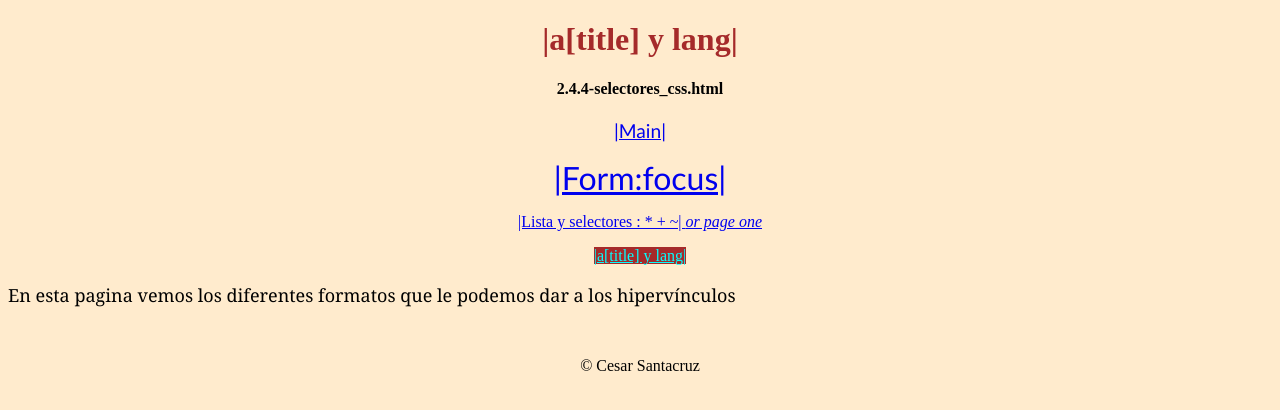
Repository: cesarsant0203/My_Study
Page: Introducción al desarrollo web/2-Css/2.4.4-selectores_css.html
These files come from the project's save history. The page is drawn as it stood at one moment and after the next save; the edit follows.
The browser window is 1280 px wide. The pictures show the whole page.

Above is the page before, as saved 2020-04-28 20:00:57.

After the next save:
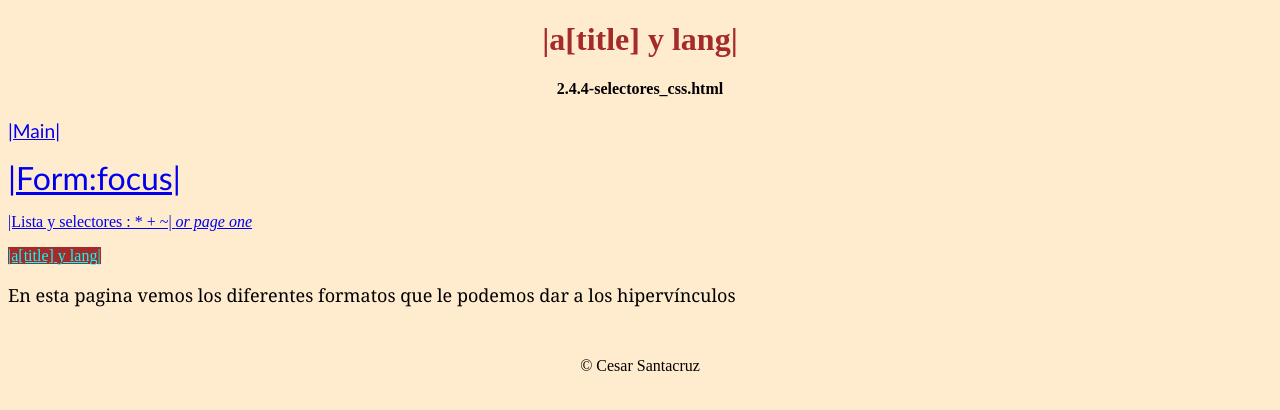
Saved 7 s later.
--- a/Introducción al desarrollo web/2-Css/2.4.4-selectores_css.html
+++ b/Introducción al desarrollo web/2-Css/2.4.4-selectores_css.html
@@ -12,7 +12,7 @@
     <h1 id="titulo">|a[title] y lang|</h1>
     <h4>2.4.4-selectores_css.html</h4>
 
-    <section id="mySection" class="box">
+    <section id="Section" class="box">
         <nav>
             <p>
                 <a href="2.4-selectores_css.html" title="Main">|Main|</a>
